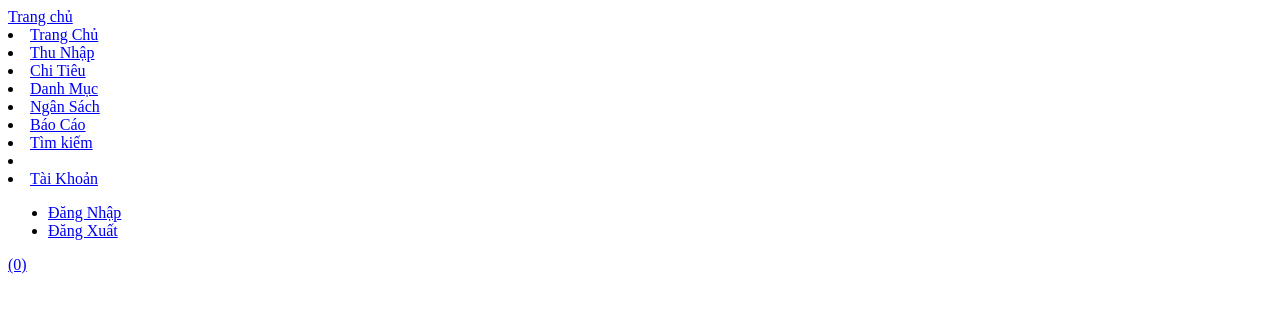
Repository: Dien973/expense_manager
Page: http://localhost/expense_manager/user_page/home.php
An editor plug-in stored every save of this project. The page is shown before and after the next save, followed by the edit.
The browser window is 1280 px wide. The pictures show the whole page.
The page is run by PHP 8.4 with error messages shown; the project is at /var/www/html/. Queries for data that is not in the repository find no rows.

Above is the page before, as saved 2025-12-05 18:20:46.

### user_page/home.php
<?php

@include '../config.php';
session_start();
?>

<!DOCTYPE html>
<html lang="en">
<head>
    <meta charset="UTF-8">
    <meta name="viewport" content="width=device-width, initial-scale=1.0">
    <title>Document</title>
</head>
<body>
    <?php @include 'header.php'; ?>
</body>
</html>

### config.php
<?php
// Kết nối đến cơ sở dữ liệu MySQL
$servername = "localhost";
$username = "root";
$password = "";
$dbname = "qly_chi_tieu";

// Tạo kết nối
$conn = mysqli_connect($servername, $username, $password, $dbname);

// Kiểm tra kết nối
if (!$conn) {
    die("Connection failed: " . mysqli_connect_error());
}
?>

### user_page/header.php
<?php
if(isset($message)){
   foreach($message as $message){
      echo '
      <div class="message">
         <span>'.$message.'</span>
         <i class="fas fa-times" onclick="this.parentElement.remove();"></i>
      </div>
      ';
   }
}
?>

<header class="header">

    <div class="flex">

        <a href="home.php" class="logo">Trang chủ</a>

        <li><a href="shirt_page.php">Trang Chủ</a></li>
        <li><a href="skirt_page.php">Thu Nhập </a></li>
        <li><a href="dress_page.php">Chi Tiêu</a></li>
        <li><a href="footwear_page.php">Danh Mục</a></li>
        <li><a href="accessories_page.php">Ngân Sách</a></li>
        <li><a href="order_page.php">Báo Cáo</a></li>
        <li><a href="search_page.php">Tìm kiếm</a><li>
        <li><a href="#" id="user-btn" class="fas fa-user">Tài Khoản </a>
            <ul>
                <li><a href="login.php">Đăng Nhập</a></li>
                <li><a href="signup.php">Đăng Xuất</a></li>
            </ul>
        </li>

        <div class="icons">

            <?php
                $select_cart_count = mysqli_query($conn, "SELECT * FROM `cart` WHERE user_id = '$user_id'") or die('Thất bại');
                $cart_num_rows = mysqli_num_rows($select_cart_count);
            ?>
            <a href="cart.php"><i class="fas fa-shopping-cart"></i><span>(<?php echo $cart_num_rows; ?>)</span></a>
            <a href="account_page.php" id="user-btn" class="fas fa-user"></a>
        </div>



    </div>

</header>

### css/main.css
body {
  background-color: rgb(253, 252, 234);
}
/*----------FORM ĐĂNG NHẬP------------*/
.form-container {
  display: flex;
  align-items: center;
  justify-content: center;
  min-height: 100vh;
}

.form-container form {
  padding: 1.5rem;
  border-radius: 0.5rem;
  border: #000 solid 2px;
  background-color: #ffffff;
  box-shadow: 0 0.5rem 1rem rgba(0, 0, 0, 0.1);
  width: 50rem;
  text-align: center;
}

.form-container form h3 {
  font-size: 2.5rem;
  text-transform: uppercase;
  color: #000;
  margin-bottom: 1rem;
}

.form-container form .box {
  width: 100%;
  padding: 1.2rem 1.4rem;
  font-size: 1.8rem;
  color: #000;
  border: #000 solid 2px;
  background-color: #fff;
  margin: 1rem 0;
  border-radius: 0.5rem;
  position: relative;
}

.form-container form i {
  color: #000;
  font-size: 2.5rem;
  margin-right: 1rem;
}

.form-container form p,
.form-container form .forgot-pwd {
  margin-top: 1.5rem;
  font-size: 2rem;
  color: #666;
}

.form-container form p a,
.form-container form .forgot-pwd a {
  color: #9e9d9d;
}

.form-container form p a:hover,
.form-container form .forgot-pwd a:hover {
  color: #567bb2;
}

/*-- forgot password --*/
.form-container form .forgot-pwd {
  margin-top: 1rem;
  margin-bottom: 1rem;
  font-size: 2rem;
}

/*--- BUTTON ---*/
.btn {
  display: inline-block;
  border-radius: 0.5rem;
  margin-top: 1rem;
  font-size: 1.8rem;
  color: #494848;
  cursor: pointer;
  padding: 1rem 3rem;
  text-transform: capitalize;
}

.btn {
  background-color: rgb(243, 241, 200);
}

.btn:hover {
  background-color: rgb(255, 252, 212);
}

/* --- EYE TRONG Ô INPUT --- */

.form-container form .inpt {
  position: relative;
  display: flex;
  align-items: center;
}

.form-container form .inpt input.box {
  width: 100%;
  padding-right: 45px;
  box-sizing: border-box;
}

.form-container form .toggle-eye,
.form-container form .eye {
  position: absolute !important;
  right: 15px !important;
  top: 50% !important;
  transform: translateY(-50%) !important;
  font-size: 42px;
  cursor: pointer;
  color: #aaa;
  z-index: 10;
}

/*---------- THÔNG BÁO------------*/
.message-overlay {
  position: fixed;
  top: 0;
  left: 0;
  width: 100%;
  height: 100%;
  background: rgba(0, 0, 0, 0.5);
  display: flex;
  justify-content: center;
  align-items: center;
  z-index: 20000;
}

/* Hộp thông báo */
.message-box {
  background: #fff;
  padding: 2rem 3rem;
  border-radius: 10px;
  text-align: center;
  min-width: 350px;
  max-width: 80%;
  box-shadow: 0 10px 25px rgba(0, 0, 0, 0.3);
  position: relative;
  animation: popupShow 0.25s ease-out;
}

/* Nội dung */
.message-box span {
  font-size: 2rem;
  color: #000;
}

/* Icon đóng */
.message-box i {
  position: absolute;
  top: 10px;
  right: 12px;
  font-size: 2.2rem;
  color: #c0392b;
  cursor: pointer;
  transition: 0.2s;
}

.message-box i:hover {
  transform: rotate(90deg);
}

/* Animation hiển thị */
@keyframes popupShow {
  from {
    opacity: 0;
    transform: scale(0.8);
  }
  to {
    opacity: 1;
    transform: scale(1);
  }
}

After the next save:
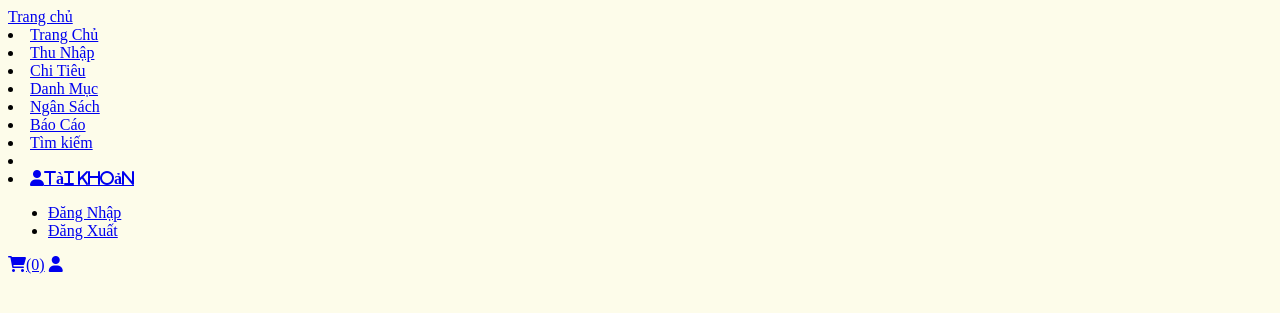
Saved 25 s later.
--- a/user_page/home.php
+++ b/user_page/home.php
@@ -8,8 +8,15 @@ session_start();
 <html lang="en">
 <head>
     <meta charset="UTF-8">
-    <meta name="viewport" content="width=device-width, initial-scale=1.0">
-    <title>Document</title>
+   <meta http-equiv="X-UA-Compatible" content="IE=edge">
+   <meta name="viewport" content="width=device-width, initial-scale=1.0">
+   <title>Trang Chủ</title>
+
+   <!-- font awesome cdn link  -->
+   <link rel="stylesheet" href="https://cdnjs.cloudflare.com/ajax/libs/font-awesome/6.0.0/css/all.min.css">
+
+   <!-- custom css file link  -->
+   <link rel="stylesheet" href="../css/main.css">
 </head>
 <body>
     <?php @include 'header.php'; ?>
